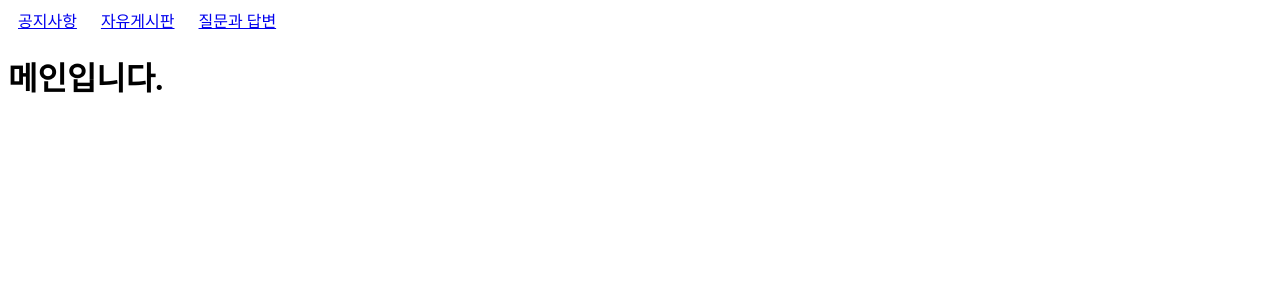
Repository: shingiyeon/jsp
Page: http://localhost/Article_DB_project/jsp/board.jsp
The author's editor kept a copy of each file at every save. The page is drawn from the files as they stood at one save, then again after the next save.
The browser window is 1280 px wide. The pictures show the whole page.
The page is served by Tomcat 9. Other server files are loaded and not shown.

Above is the page before, as saved 2019-05-25 06:31:12.

### workspace/Article_DB_project/WebContent/jsp/board.jsp
<%@ page language="java" contentType="text/html; charset=UTF-8"
    pageEncoding="UTF-8"%>
<!DOCTYPE html>
<html>
<head>
<meta charset="UTF-8">
<title>자유게시판 입니다.</title>
<style>
	header > a {
		margin: 0 10px;
	}
</style>
</head>
<body>
	<header>
		<a href="./notice.jsp">공지사항</a>
		<a href="./board.jsp">자유게시판</a>
		<a href="./QnA.jsp">질문과 답변</a>
	</header>
	<body>
		<h1>메인입니다.</h1>
	</body>
</body>
</html>

After the next save:
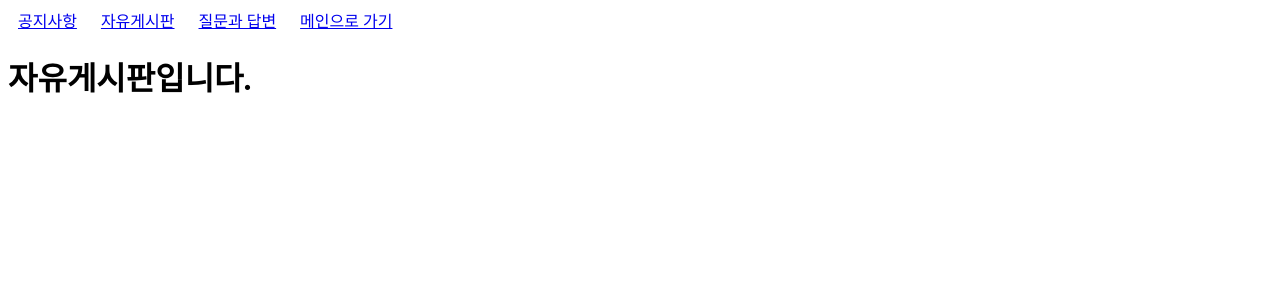
Saved 14 s later.
--- a/workspace/Article_DB_project/WebContent/jsp/board.jsp
+++ b/workspace/Article_DB_project/WebContent/jsp/board.jsp
@@ -16,9 +16,10 @@
 		<a href="./notice.jsp">공지사항</a>
 		<a href="./board.jsp">자유게시판</a>
 		<a href="./QnA.jsp">질문과 답변</a>
+		<a href="./index.jsp">메인으로 가기</a>
 	</header>
 	<body>
-		<h1>메인입니다.</h1>
+		<h1>자유게시판입니다.</h1>
 	</body>
 </body>
 </html>
